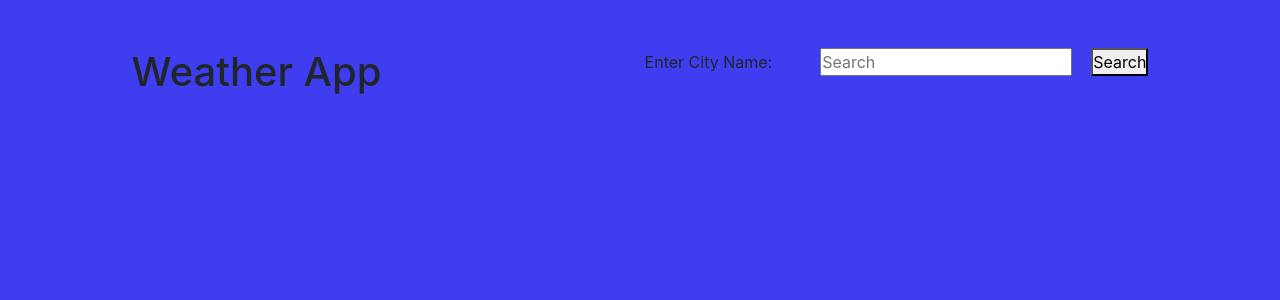
Repository: bhaveshtrades/weatherapp
Page: /
These files come from the project's save history. The page is drawn as it stood at one moment and after a run of saves; the edit follows.
The browser window is 1280 px wide. The pictures show the whole page.
The project was rebuilt for these pictures with package versions that can differ from the ones it lists, and the page was loaded fresh each time. Also part of the build but not shown: src/components/CurrentWeather.jsx.

Above is the page before, as saved 2023-01-08 19:10:05.

After the next 5 saves:
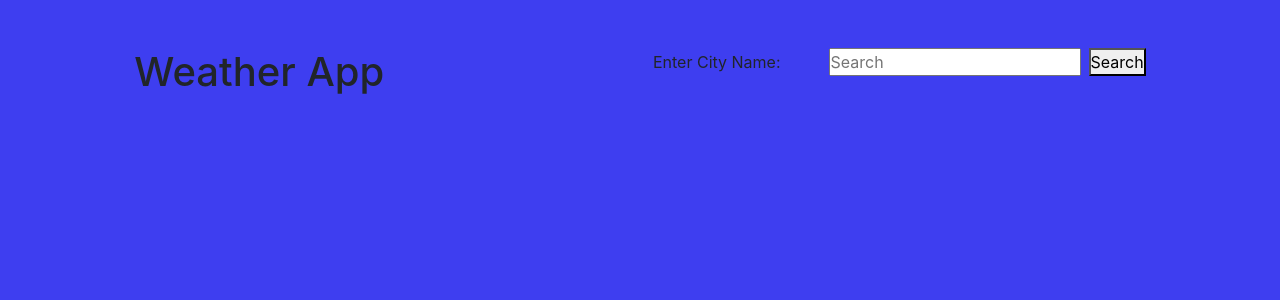
The 5 saves are shown as one change because they came seconds apart.
The last was saved 20 s later.
--- a/src/App.css
+++ b/src/App.css
@@ -18,7 +18,7 @@ body{
 }
 
 .searchButton{
-  margin-left: 1.2rem;
+  margin-left: 0.5rem;
 }
 
 .cDiv1{
